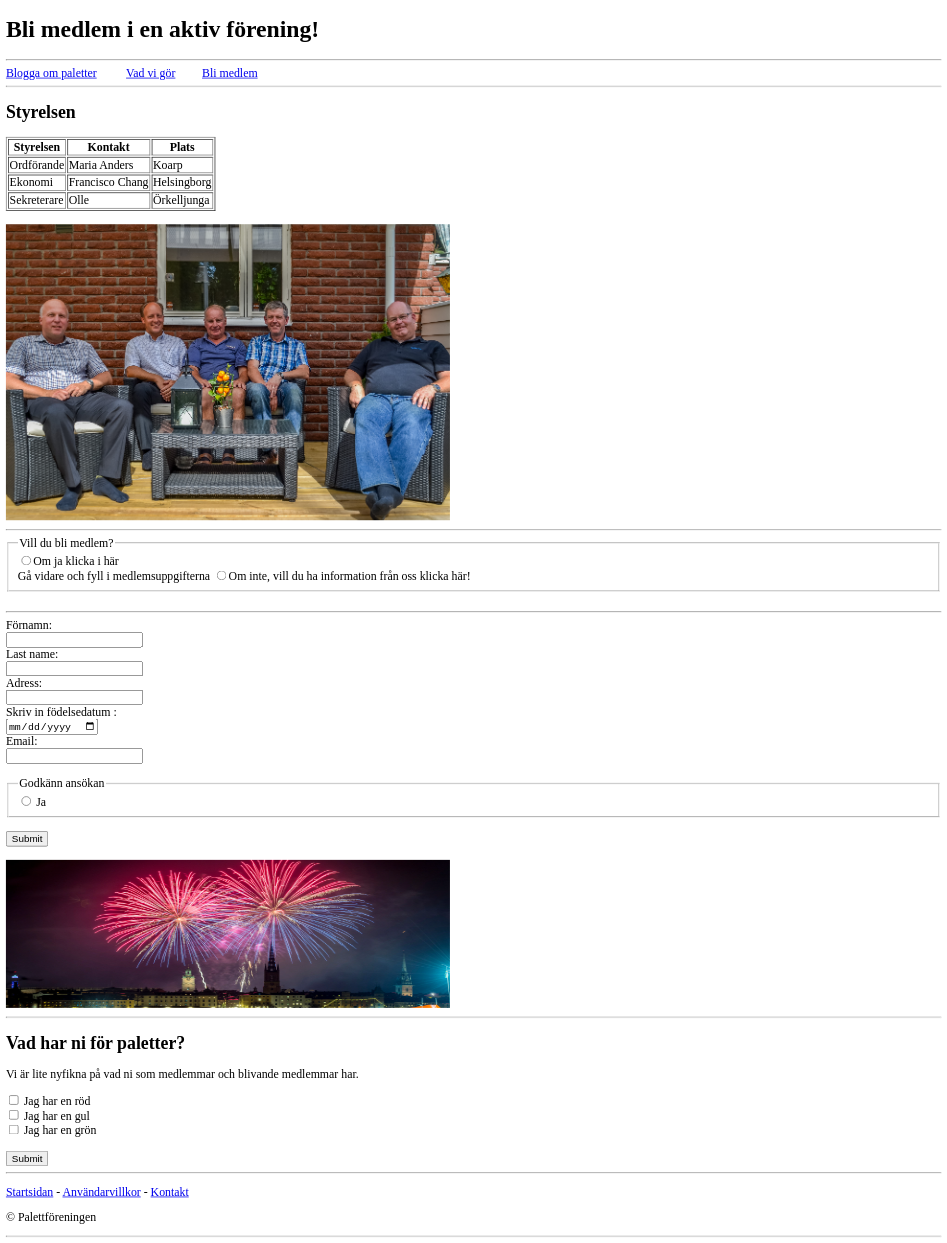
Repository: Webutveckling-20-21/Uppgift-1
Page: medlemskap.html
These files come from the project's save history. The page is drawn as it stood at one moment and after the next save; the edit follows.
The browser window is 1280 px wide. The pictures show the whole page, at 74% of full size.

Above is the page before, as saved 2021-09-08 11:03:58.

### medlemskap.html
<!DOCTYPE html>
<html lang="en">

<head>
    <meta charset="UTF-8">
    <meta name="viewport" content="width=device-width, initial-scale=1.0">
    <title>Palettföreningen</title>
</head>

<body>
    <header>
        <h1>Bli medlem i en aktiv förening!</h1>
        <hr>
        <a href="blogg.html">Blogga om paletter</a> &nbsp;&nbsp;&nbsp;&nbsp;&nbsp;&nbsp;&nbsp;&nbsp; <a
            href="verksamheten.html">Vad vi gör</a>&nbsp;&nbsp;&nbsp;&nbsp;&nbsp;&nbsp;&nbsp;&nbsp;
        <a href="medlemskap.html">Bli medlem</a>

    </header>
    <hr>
    <main>
        <h2>Styrelsen</h2>

        <table border="1">
            <tr>
                <th>Styrelsen</th>
                <th>Kontakt</th>
                <th>Plats</th>
            </tr>
            <tr>
                <td>Ordförande</td>
                <td>Maria Anders</td>
                <td>Koarp</td>
            </tr>
            <tr>
                <td>Ekonomi</td>
                <td>Francisco Chang</td>
                <td>Helsingborg</td>
            </tr>
            <tr>
                <td>Sekreterare</td>
                <td>Olle</td>
                <td>Örkelljunga</td>
            </tr>
        </table> <br>
        <img src="images/Bild-Styrelse-2012.jpg" width="600" alt="styrelsen">
        <hr>

        <form method="post">
            <fieldset>
                <legend>Vill du bli medlem?</legend>
                <label><input type="radio" name="radio">Om ja klicka i här</label><br>
                Gå vidare och fyll i medlemsuppgifterna</a>
                <label><input type="radio" name="radio">Om inte, vill du ha information från oss klicka här!</label>
            </fieldset> <br>
            <hr>
            <label for="fname">Förnamn:</label><br>
            <input type="text" id="text" name="text" value=""><br>
            <label for="lname">Last name:</label><br>
            <input type="text" id="text" name="text" value=""><br>
            <label for="text">Adress:</label><br>
            <input type="text" id="text" name="text" value=""><br>

             Skriv in födelsedatum : <br> <input type="date"><br>

            <label for="email">Email:</label><br>
            <input type="email" id="email" name="email" multiple> <br> <br>
            <fieldset>
    <legend>Godkänn ansökan</legend>
    <label><input type="radio" name="radio"> Ja</label>
  </fieldset> <br>
            <input type="submit" value="Submit">
        </form> <br>
        <img src="images/fyr.webp" width="600" height="200"alt="Firande">


    </main>
    <hr>
    <aside>
        <h2>Vad har ni för paletter?</h2>
        <p>Vi är lite nyfikna på vad ni som medlemmar och blivande medlemmar har.</p>

        <form>
            <input type="checkbox" id="red" name="red" value="red">
            <label for="red"> Jag har en röd</label><br>
            <input type="checkbox" id="yellow" name="yellow" value="yellow">
            <label for="yellow">Jag har en gul</label><br>
            <input type="checkbox" id="green" name="green" value="green">
            <label for="green"> Jag har en grön</label><br><br>
            <input type="submit" value="Submit">
        </form>




    </aside>
    <hr>
    <footer>
        <nav>
            <p>
                <a href="blogg.html">Startsidan</a> -
                <a href="villkor.html">Användarvillkor</a> -
                <a href="kontakt.html">Kontakt</a>
            </p>
        </nav>
        <p> &copy; Palettföreningen</p>

    </footer>
    <hr>

</body>


</html>

After the next save:
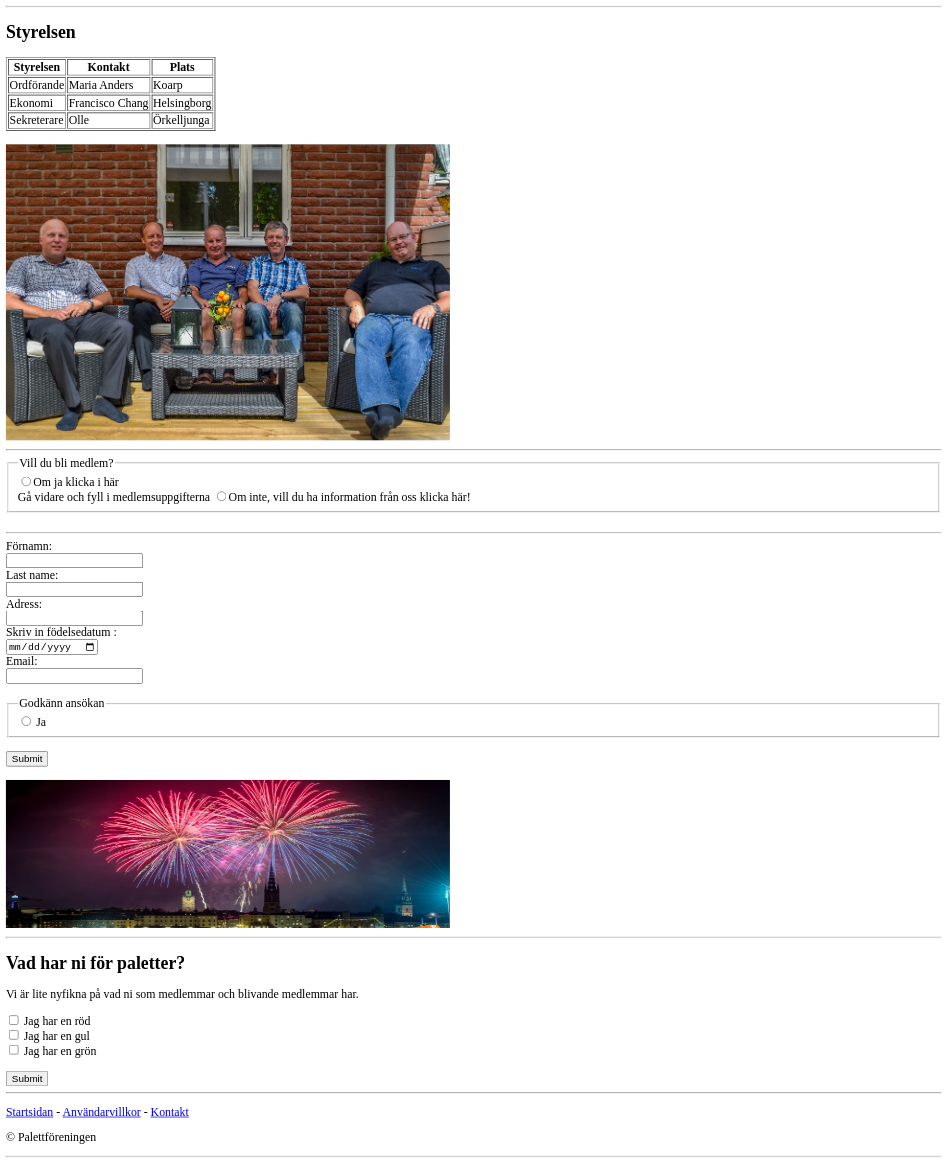
Saved 50 s later.
--- a/medlemskap.html
+++ b/medlemskap.html
@@ -9,11 +9,7 @@
 
 <body>
     <header>
-        <h1>Bli medlem i en aktiv förening!</h1>
-        <hr>
-        <a href="blogg.html">Blogga om paletter</a> &nbsp;&nbsp;&nbsp;&nbsp;&nbsp;&nbsp;&nbsp;&nbsp; <a
-            href="verksamheten.html">Vad vi gör</a>&nbsp;&nbsp;&nbsp;&nbsp;&nbsp;&nbsp;&nbsp;&nbsp;
-        <a href="medlemskap.html">Bli medlem</a>
+
 
     </header>
     <hr>
